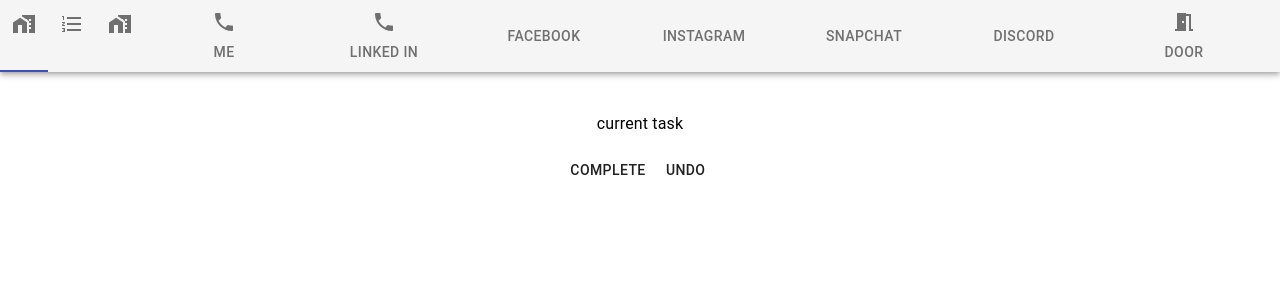
Repository: hossamsulleman1/CONTACTME
Page: / (app in my-app/)
An editor plug-in stored every save of this project. The page is shown before and after the next save, followed by the edit.
The browser window is 1280 px wide. The pictures show the whole page.
The project was rebuilt for these pictures with package versions that can differ from the ones it lists, and the page was loaded fresh each time. Also part of the build but not shown: my-app/src/Components/PageProp.jsx, my-app/src/Components/ProfileFolder/FriendsAvatarList.jsx, my-app/src/Components/ProfileFolder/Content.jsx.

Above is the page before, as saved 2020-11-08 11:15:16.

After the next save:
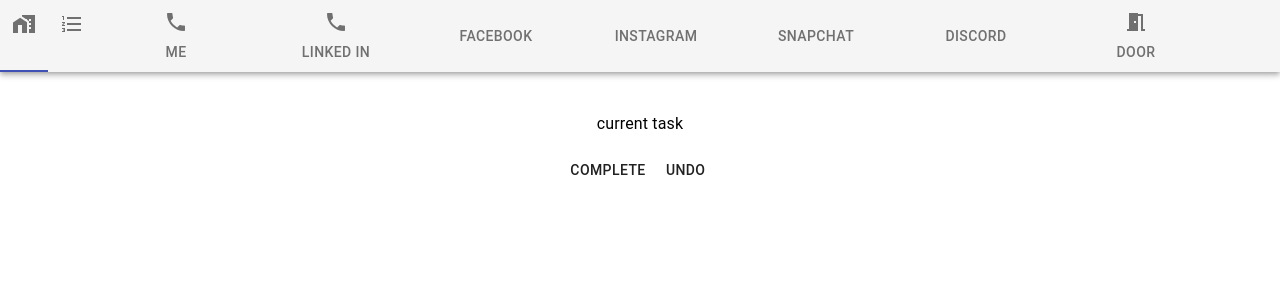
Saved 18 s later.
--- a/my-app/src/Components/IconNav.jsx
+++ b/my-app/src/Components/IconNav.jsx
@@ -94,14 +94,14 @@ export default function IconNav() {
               <FormatListNumberedIcon></FormatListNumberedIcon>
             </IconButton>
           </div>
-          <div className="floatRight">
+          {/* <div className="floatRight">
             <IconButton
               aria-label="delete"
               href="https://semptiareact.web.app/"
             >
               <HomeWorkIcon></HomeWorkIcon>
             </IconButton>
-          </div>
+          </div> */}
           <Tab icon={<PhoneIcon />} label="ME" {...a11yProps(0)} />
           <Tab icon={<PhoneIcon />} label="Linked In" {...a11yProps(1)} />
           <Tab label="Facebook" {...a11yProps(2)} />
